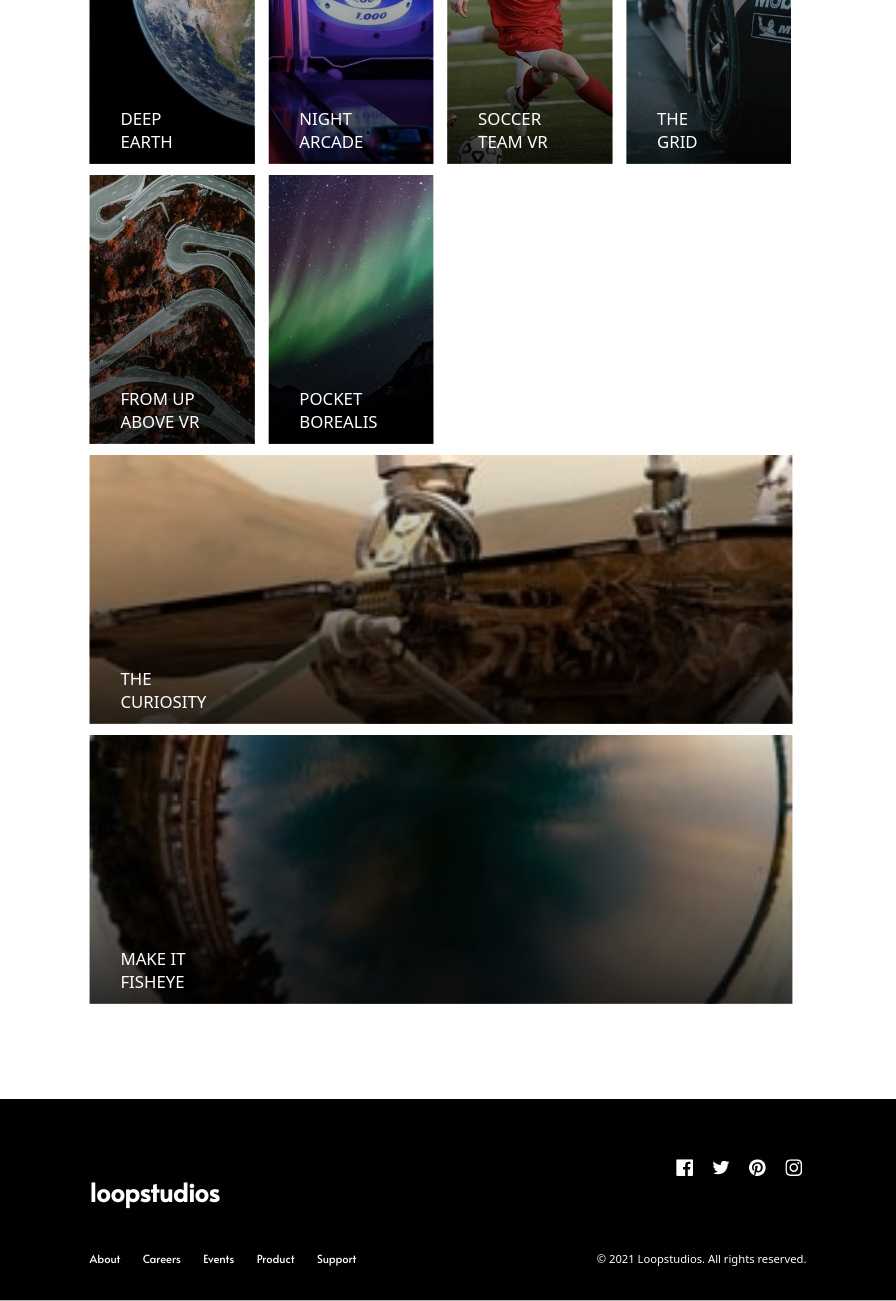
Repository: CAMPSLOPY/StudioLoopApp
Page: index.html
These files come from the project's save history. The page is drawn as it stood at one moment and after the next save; the edit follows.
The browser window is 1280 px wide. The pictures show the part of the page from y = 1670 to 3590 px (the page is 3528 px tall before and 3928 px after), at 70% of full size.
Some web fonts or font styles are not loaded; a fallback is used. Some web libraries are served in a nearby version.

Above is the page before, as saved 2021-02-26 03:03:17.

After the next save:
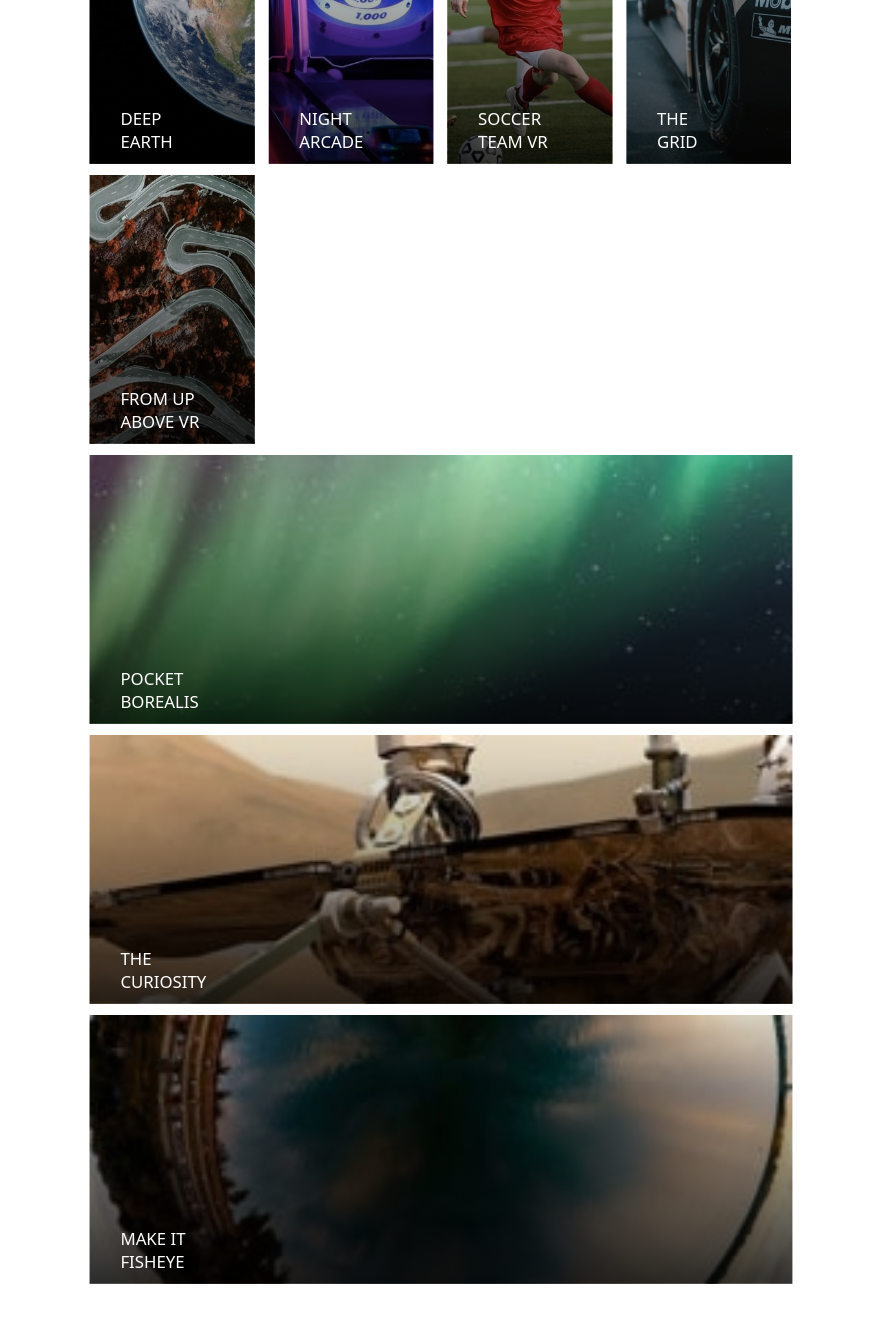
Saved 10 s later.
--- a/index.html
+++ b/index.html
@@ -263,7 +263,7 @@
             <div
               data-aos="fade-down"
               id="card-box"
-              class="card-box relative h-38 w-full mr-5 mb-4 card borealis md:h-96 bg-no-repeat bg-cover bg-center md:w-better"
+              class="md:card-box relative h-38 w-full mr-5 mb-4 card borealis md:h-96 bg-no-repeat bg-cover bg-center md:w-better"
             >
               <img
                 src="/images/mobile/image-pocket-borealis.jpg"
